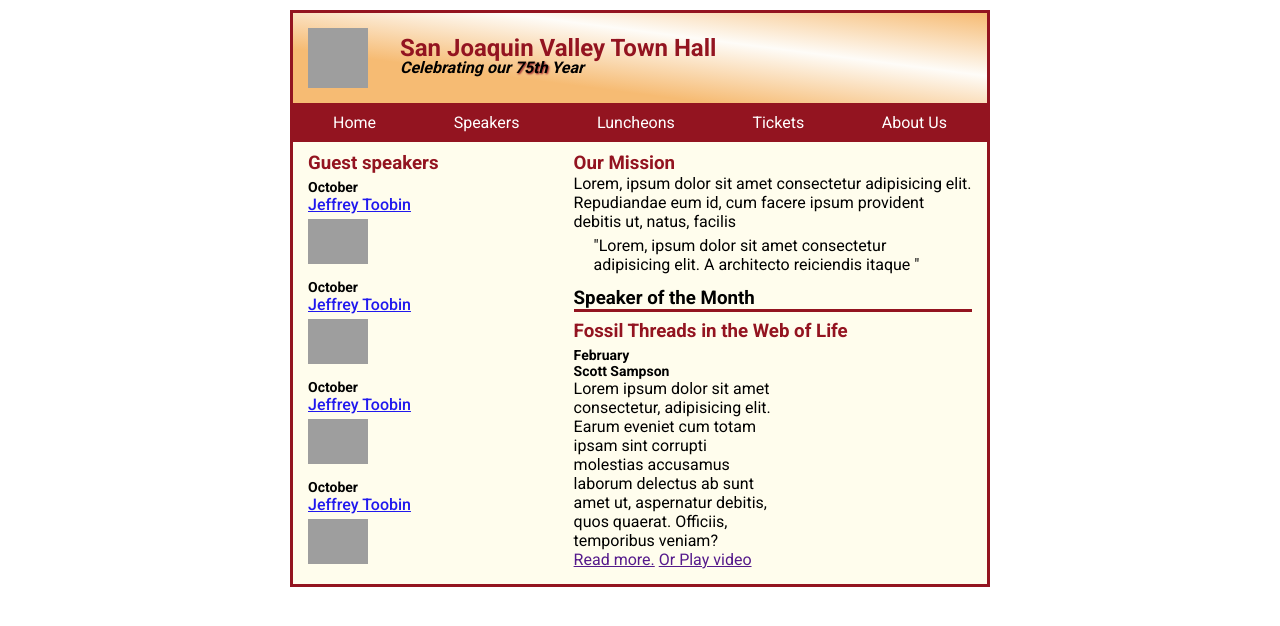
Repository: Mannj-nef/ex-5-6-7-8_IvVettech
Page: index.html
The author's editor kept a copy of each file at every save. The page is drawn from the files as they stood at one save, then again after the next save.
The browser window is 1280 px wide. The pictures show the whole page.
Pictures or frames that could not be fetched are drawn as grey boxes.

Above is the page before, as saved 2022-03-24 22:38:57.

After the next save:
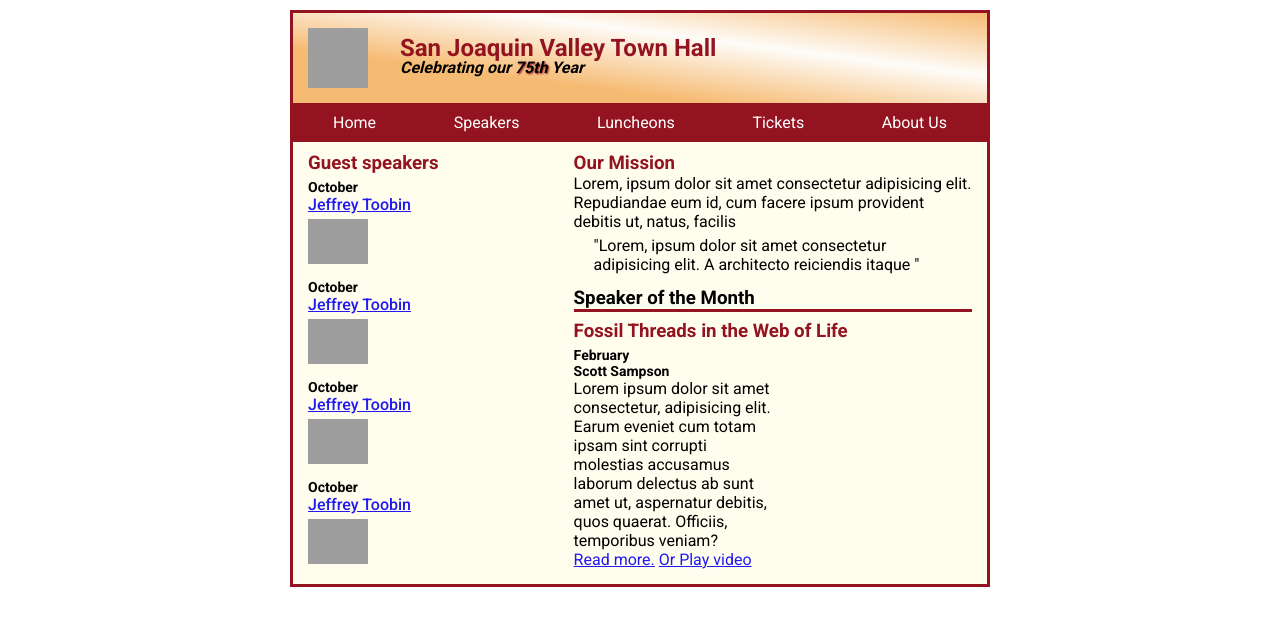
Saved 22 s later.
--- a/Asset/style.css
+++ b/Asset/style.css
@@ -132,3 +132,6 @@ html {
 .center-right_title {
   margin-right: 10px;
 }
+.constent-right__center-link {
+  color: var(--blue-color);
+}
